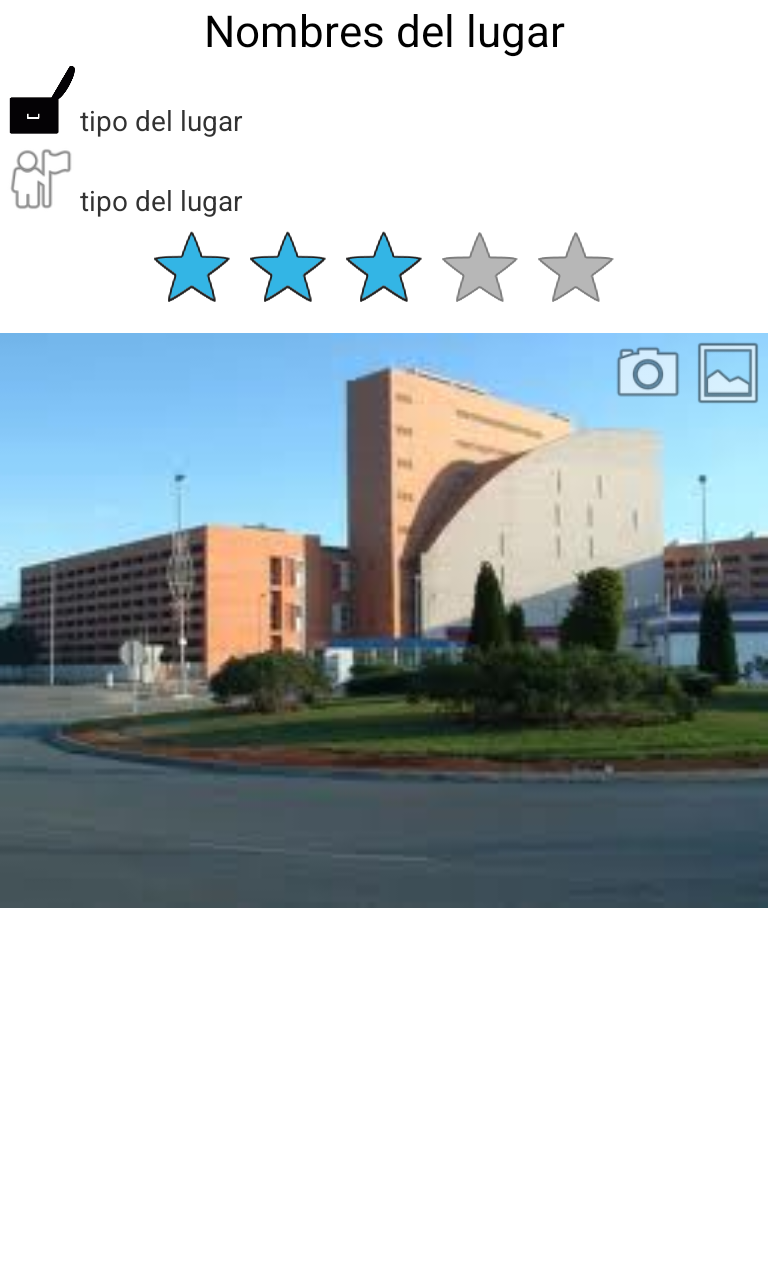
Repository: sayantjm/CursoAndroid
Layout: MisLugares/res/layout/vista_lugar.xml
An editor plug-in stored every save of this project. The layout is shown before and after the next save, followed by the edit.
It is drawn on a 768 x 1280 px phone screen (xhdpi) without system bars, with theme AppTheme; the app's code is not run.

Above is the layout before, as saved 2014-03-25 20:11:11.

### MisLugares/res/layout/vista_lugar.xml
<?xml version="1.0" encoding="utf-8"?>
<ScrollView xmlns:android="http://schemas.android.com/apk/res/android"
    android:id="@+id/scrollView1"
    android:layout_width="match_parent"
    android:layout_height="wrap_content" >

    <LinearLayout
        android:layout_width="match_parent"
        android:layout_height="wrap_content"
        android:orientation="vertical" >

        <TextView
            android:id="@+id/nombre"
            android:layout_width="match_parent"
            android:layout_height="wrap_content"
            android:layout_gravity="center_vertical"
            android:gravity="center"
            android:text="Nombres del lugar"
            android:textAppearance="?android:attr/textAppearanceLarge" />

        <LinearLayout
            android:layout_width="match_parent"
            android:layout_height="wrap_content"
            android:orientation="horizontal" >

            <ImageView
                android:id="@+id/logo_tipo"
                android:layout_width="40dp"
                android:layout_height="40dp"
                android:contentDescription="logo del tipo"
                android:src="@drawable/otros" />

            <TextView
                android:id="@+id/tipo"
                android:layout_width="match_parent"
                android:layout_height="wrap_content"
                android:layout_gravity="bottom"
                android:text="tipo del lugar" />
        </LinearLayout>

        <LinearLayout
            android:layout_width="match_parent"
            android:layout_height="wrap_content"
            android:orientation="horizontal" >

            <ImageView
                android:id="@+id/direccion"
                android:layout_width="40dp"
                android:layout_height="40dp"
                android:contentDescription="logo de la direccion"
                android:src="@android:drawable/ic_menu_myplaces" />

            <TextView
                android:id="@+id/tipo"
                android:layout_width="match_parent"
                android:layout_height="wrap_content"
                android:layout_gravity="bottom"
                android:text="tipo del lugar" />
        </LinearLayout>

        <RatingBar
            android:id="@+id/valoracion"
            android:layout_width="wrap_content"
            android:layout_height="wrap_content"
            android:layout_gravity="center_horizontal"
            android:layout_toRightOf="@+id/foto"
            android:rating="3" />

        <FrameLayout
            android:layout_width="match_parent"
            android:layout_height="wrap_content" >

            <ImageView
                android:id="@+id/foto"
                android:layout_width="match_parent"
                android:layout_height="wrap_content"
                android:adjustViewBounds="true"
                android:contentDescription="fotografía"
                android:src="@drawable/foto_epsg" />

            <LinearLayout
                android:layout_width="wrap_content"
                android:layout_height="wrap_content"
                android:layout_gravity="right" >

                <ImageView
                    android:layout_width="40dp"
                    android:layout_height="40dp"
                    android:contentDescription="logo camara"
                    android:src="@android:drawable/ic_menu_camera" />

                <ImageView
                    android:layout_width="40dp"
                    android:layout_height="40dp"
                    android:contentDescription="logo galeria"
                    android:src="@android:drawable/ic_menu_gallery" />
            </LinearLayout>
        </FrameLayout>
    </LinearLayout>

</ScrollView>

Loaded but not shown: MisLugares/res/values/styles.xml (common file); MisLugares/res/values-v11/styles.xml (common file); MisLugares/res/values-v14/styles.xml (common file)

After the next save:
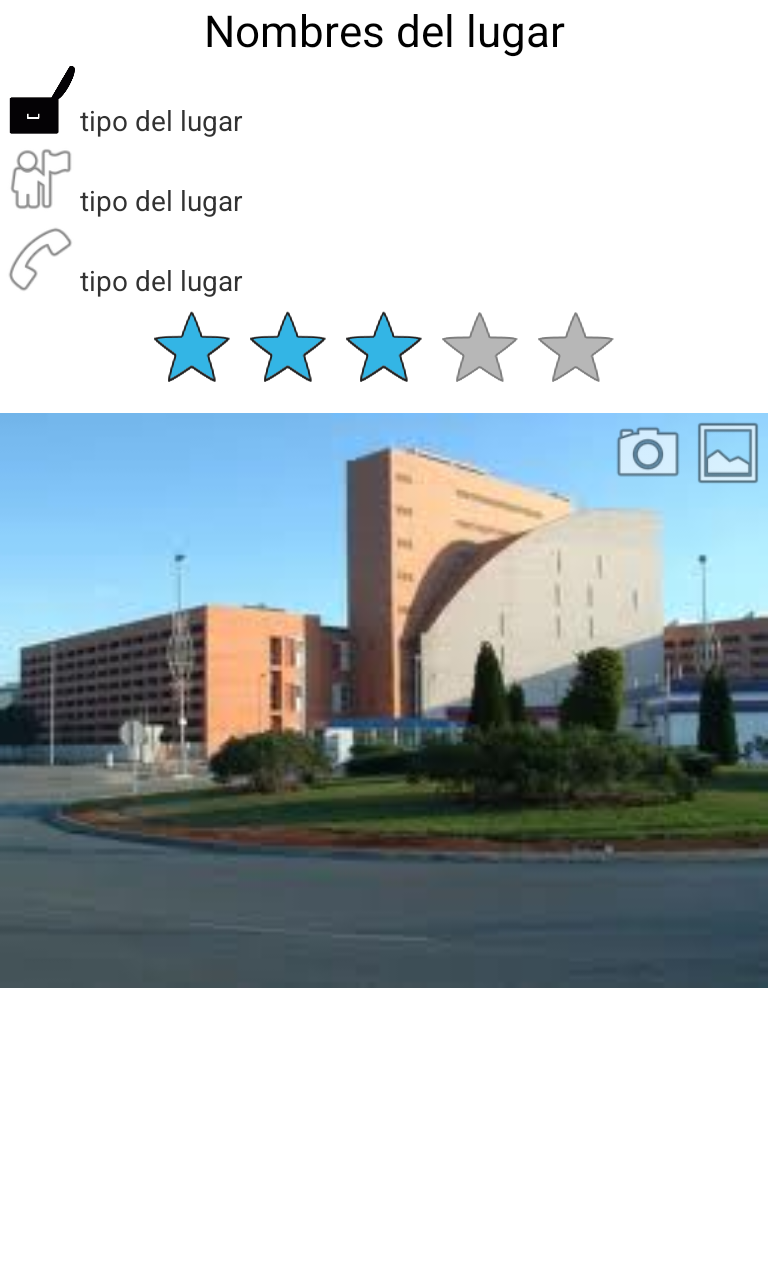
Saved 42 s later.
--- a/MisLugares/res/layout/vista_lugar.xml
+++ b/MisLugares/res/layout/vista_lugar.xml
@@ -57,6 +57,25 @@
                 android:layout_gravity="bottom"
                 android:text="tipo del lugar" />
         </LinearLayout>
+        <LinearLayout
+            android:layout_width="match_parent"
+            android:layout_height="wrap_content"
+            android:orientation="horizontal" >
+
+            <ImageView
+                android:id="@+id/telefono"
+                android:layout_width="40dp"
+                android:layout_height="40dp"
+                android:contentDescription="logo del telefono"
+                android:src="@android:drawable/ic_menu_call" />
+
+            <TextView
+                android:id="@+id/tipo"
+                android:layout_width="match_parent"
+                android:layout_height="wrap_content"
+                android:layout_gravity="bottom"
+                android:text="tipo del lugar" />
+        </LinearLayout>
 
         <RatingBar
             android:id="@+id/valoracion"
